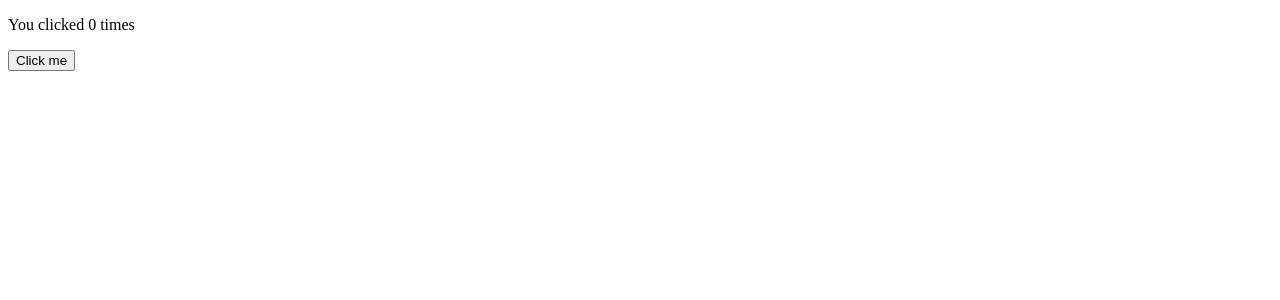
Repository: ArtemisWang/react-hooks
Page: /
These files come from the project's save history. The page is drawn as it stood at one moment and after the next save; the edit follows.
The browser window is 1280 px wide. The pictures show the whole page.
The project was rebuilt for these pictures with package versions that can differ from the ones it lists, and the page was loaded fresh each time.

Above is the page before, as saved 2020-02-21 15:04:39.

### src/index.js
import React from 'react';
import ReactDOM from 'react-dom';
import Example from './Example'


ReactDOM.render(<Example />, document.getElementById('root'));

### src/Example.js
import React, { useState, useEffect } from 'react';
import {BrowserRouter as Router, Route, Link} from 'react-router-dom'

function Example(){
    const [count, setCount]=useState(0) // 数组解构
    useEffect(()=>{
        console.log(`useEffect=>You clicked ${count} times`)
    }) // 异步的
    return (
        <div>
            <p>You clicked {count} times</p>
            <button onClick={()=>setCount(count+1)}>Click me</button>
        </div>
    )
}

export default Example;

Loaded but not shown: public/index.html (common file)

After the next save:
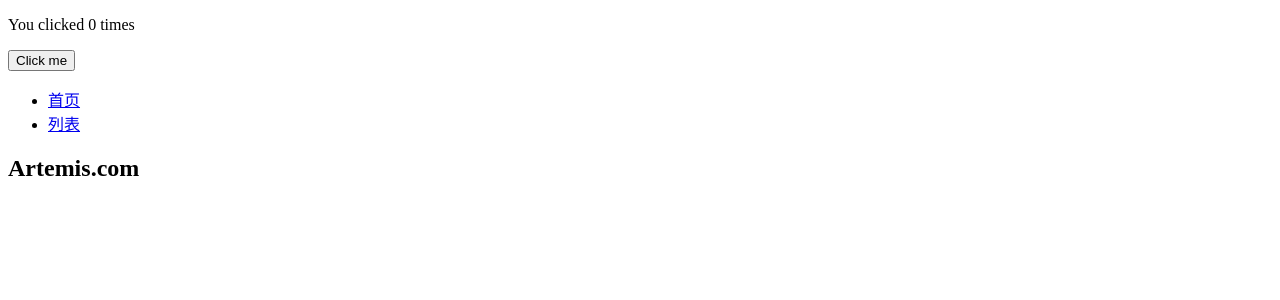
Saved 2 min 48 s later.
--- a/src/Example.js
+++ b/src/Example.js
@@ -1,5 +1,13 @@
 import React, { useState, useEffect } from 'react';
 import {BrowserRouter as Router, Route, Link} from 'react-router-dom'
+
+function Index(){
+    return (<h2>Artemis.com</h2>)
+}
+
+function List(){
+    return <h2>List Page</h2>
+}
 
 function Example(){
     const [count, setCount]=useState(0) // 数组解构
@@ -10,6 +18,14 @@
         <div>
             <p>You clicked {count} times</p>
             <button onClick={()=>setCount(count+1)}>Click me</button>
+            <Router>
+                <ul>
+                    <li><Link to='/'>首页</Link></li>
+                    <li><Link to='/list/'>列表</Link></li>
+                </ul>
+                <Route path='/' component={Index}/>
+                <Route path='/list/' component={List}/>
+            </Router>
         </div>
     )
 }
